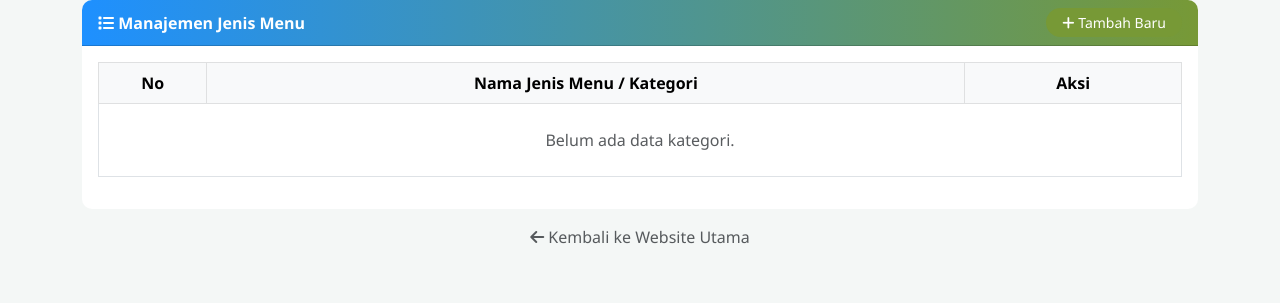
Repository: fzan-ghlii/mystore
Page: http://localhost/jenismenu/index.php
The author's editor kept a copy of each file at every save. The page is drawn from the files as they stood at one save, then again after a run of saves.
The browser window is 1280 px wide. The pictures show the whole page.
The page is run by PHP 8.4 with error messages shown; the project is at /var/www/html/. Queries for data that is not in the repository find no rows.

Above is the page before, as saved 2025-11-27 11:36:24.

### jenismenu/index.php
<!DOCTYPE html>
<html lang="id">
<head>
    <meta charset="UTF-8">
    <meta name="viewport" content="width=device-width, initial-scale=1.0">
    <title>Admin - Jenis Menu</title>
    <!-- Bootstrap 5 CDN -->
    <link href="https://cdn.jsdelivr.net/npm/bootstrap@5.3.0/dist/css/bootstrap.min.css" rel="stylesheet">
    <link rel="stylesheet" href="https://cdnjs.cloudflare.com/ajax/libs/font-awesome/6.0.0/css/all.min.css">
    <style>
        body { background-color: #f4f7f6; font-family: 'Segoe UI', Tahoma, Geneva, Verdana, sans-serif; }
        .container-fluid { margin-top: 20px; }
        .card { border: none; shadow: 0 4px 8px rgba(0,0,0,0.1); border-radius: 10px; }
        .card-header { background: linear-gradient(to right, #1E90FF, #779936); color: white; border-radius: 10px 10px 0 0 !important; font-weight: bold; }
        .btn-add { background-color: #779936; color: white; border: none; }
        .btn-add:hover { background-color: #5e870e; color: white; }
    </style>
</head>
<body>

    <div class="container">
        <div class="card">
            <div class="card-header d-flex justify-content-between align-items-center">
                <span><i class="fas fa-list"></i> Manajemen Jenis Menu</span>
                <!-- Tombol ke halaman Create -->
                <a href="create.php" class="btn btn-add btn-sm rounded-pill px-3">
                    <i class="fas fa-plus"></i> Tambah Baru
                </a>
            </div>
            <div class="card-body">
                <!-- Memanggil file view_jenismenu.php -->
                <?php include 'view_jenismenu.php'; ?>
            </div>
        </div>

        <div class="text-center mt-3">
             <a href="../index.php" class="text-decoration-none text-muted"><i class="fas fa-arrow-left"></i> Kembali ke Website Utama</a>
        </div>
    </div>

    <script src="https://cdn.jsdelivr.net/npm/bootstrap@5.3.0/dist/js/bootstrap.bundle.min.js"></script>
</body>
</html>

### jenismenu/view_jenismenu.php
<?php
// Include koneksi database
include 'db.php';

$sql = "SELECT * FROM tbjenismenu ORDER BY id_jenis DESC";
$result = $conn->query($sql);
?>

<script src="https://cdn.jsdelivr.net/npm/sweetalert2@11"></script>

<div class="table-responsive">
    <table class="table table-hover table-bordered align-middle">
        <thead class="table-light text-center">
            <tr>
                <th width="10%">No</th>
                <th>Nama Jenis Menu / Kategori</th>
                <th width="20%">Aksi</th>
            </tr>
        </thead>
        <tbody>
            <?php
            if ($result->num_rows > 0) {
                $no = 1;
                while($row = $result->fetch_assoc()) {
            ?>
                <tr>
                    <td class="text-center"><?php echo $no++; ?></td>
                    <td><?php echo htmlspecialchars($row['nama_jenis']); ?></td>
                    <td class="text-center">
                        <!-- Tombol Edit -->
                        <a href="edit.php?id=<?php echo $row['id_jenis']; ?>" class="btn btn-warning btn-sm text-white" title="Edit">
                            <i class="fas fa-edit"></i>
                        </a>
                        <!-- Tombol Hapus -->
                       <a href="delete.php?id=<?php echo $row['id_jenis']; ?>"
                           class="btn btn-danger btn-sm"
                           onclick="konfirmasiHapus(event, this.href)">
                           <i class="fas fa-trash"></i>
                        </a>
                    </td>
                </tr>
            <?php
                }
            } else {
                echo "<tr><td colspan='3' class='text-center text-muted py-4'>Belum ada data kategori.</td></tr>";
            }
            $conn->close();
            ?>
        </tbody>
    </table>
</div>

<script>
function konfirmasiHapus(event, urlLink) {
    event.preventDefault(); // Mencegah link langsung jalan

    Swal.fire({
        title: 'Yakin hapus data?',
        text: "Data yang dihapus tidak bisa dikembalikan!",
        icon: 'warning',
        showCancelButton: true,
        confirmButtonColor: '#d33',
        cancelButtonColor: '#3085d6',
        confirmButtonText: 'Ya, Hapus!',
        cancelButtonText: 'Batal'
    }).then((result) => {
        if (result.isConfirmed) {
            window.location.href = urlLink; // Lanjut ke link delete.php
        }
    })
}
</script>

### jenismenu/db.php
<?php
$servername = "localhost";
$username = "root";
$password = ""; // Sesuaikan jika ada password
$dbname = "dbmystore";

// Membuat koneksi
$conn = new mysqli($servername, $username, $password, $dbname);

// Cek koneksi
if ($conn->connect_error) {
    die("Koneksi gagal: " . $conn->connect_error);
}
?>

After the next 2 saves:
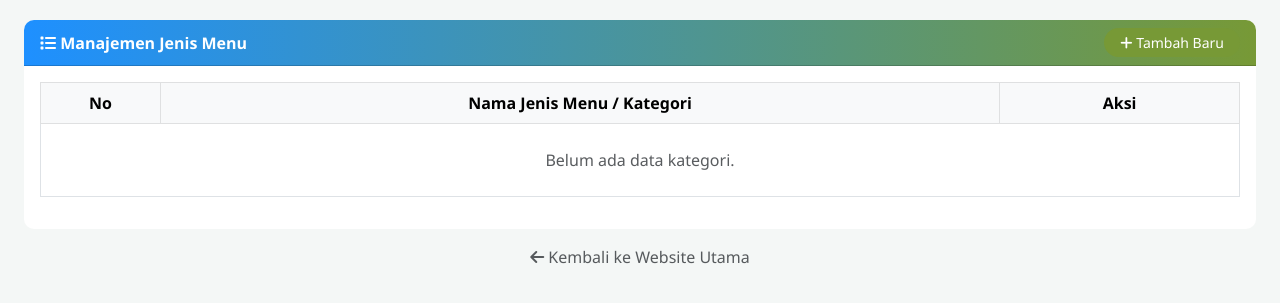
The 2 saves are shown as one change because they came seconds apart.
The last was saved 21 s later.
--- a/jenismenu/index.php
+++ b/jenismenu/index.php
@@ -18,7 +18,7 @@
 </head>
 <body>
 
-    <div class="container">
+    <div class="container-fluid px-4">
         <div class="card">
             <div class="card-header d-flex justify-content-between align-items-center">
                 <span><i class="fas fa-list"></i> Manajemen Jenis Menu</span>
